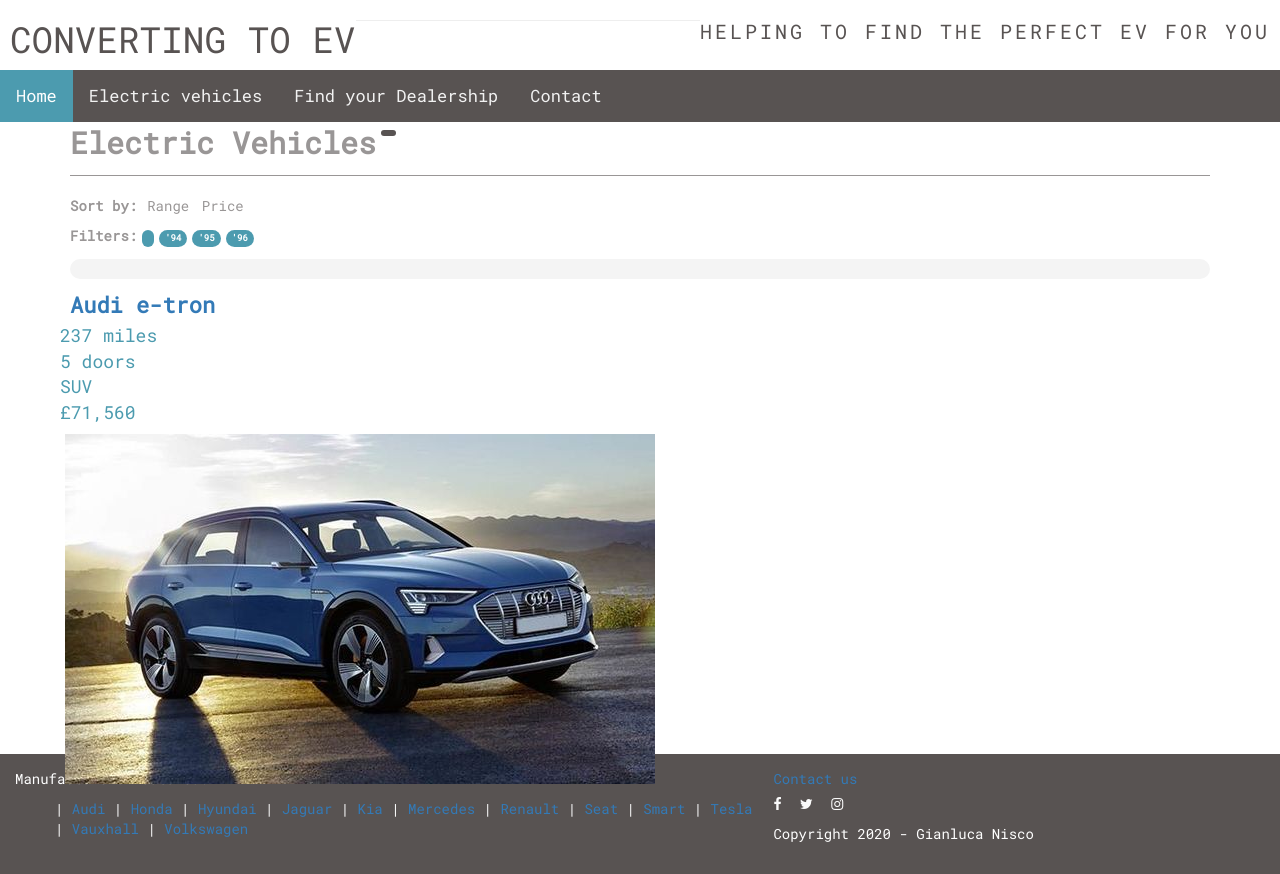
Repository: gnisco/project-2
Page: electric-vehicles.html
The author's editor kept a record of every edit. The page is drawn from the files as they stood at one moment, then again after the next edit.
The browser window is 1280 px wide. The pictures show the whole page.
Some web libraries are served in a nearby version.

Above is the page before.

After the next edit:
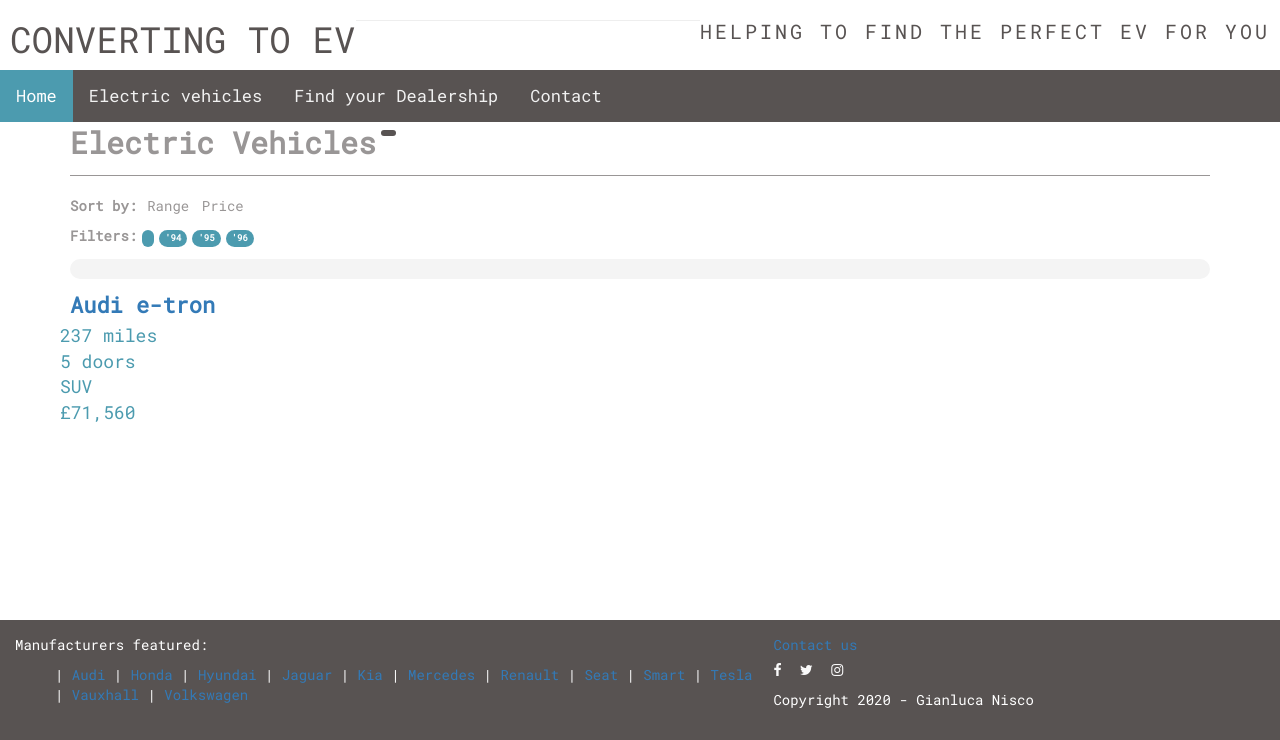
The edit:
--- a/electric-vehicles.html
+++ b/electric-vehicles.html
@@ -65,7 +65,7 @@
 
                             </div>
 
-                            <img class="car-photos" src="assets/images/car-list/Audi-e-Tron.jpg" alt="audi-e-tron">
+
                         </div>
                     </a>
                 </div>

After the edit that followed:
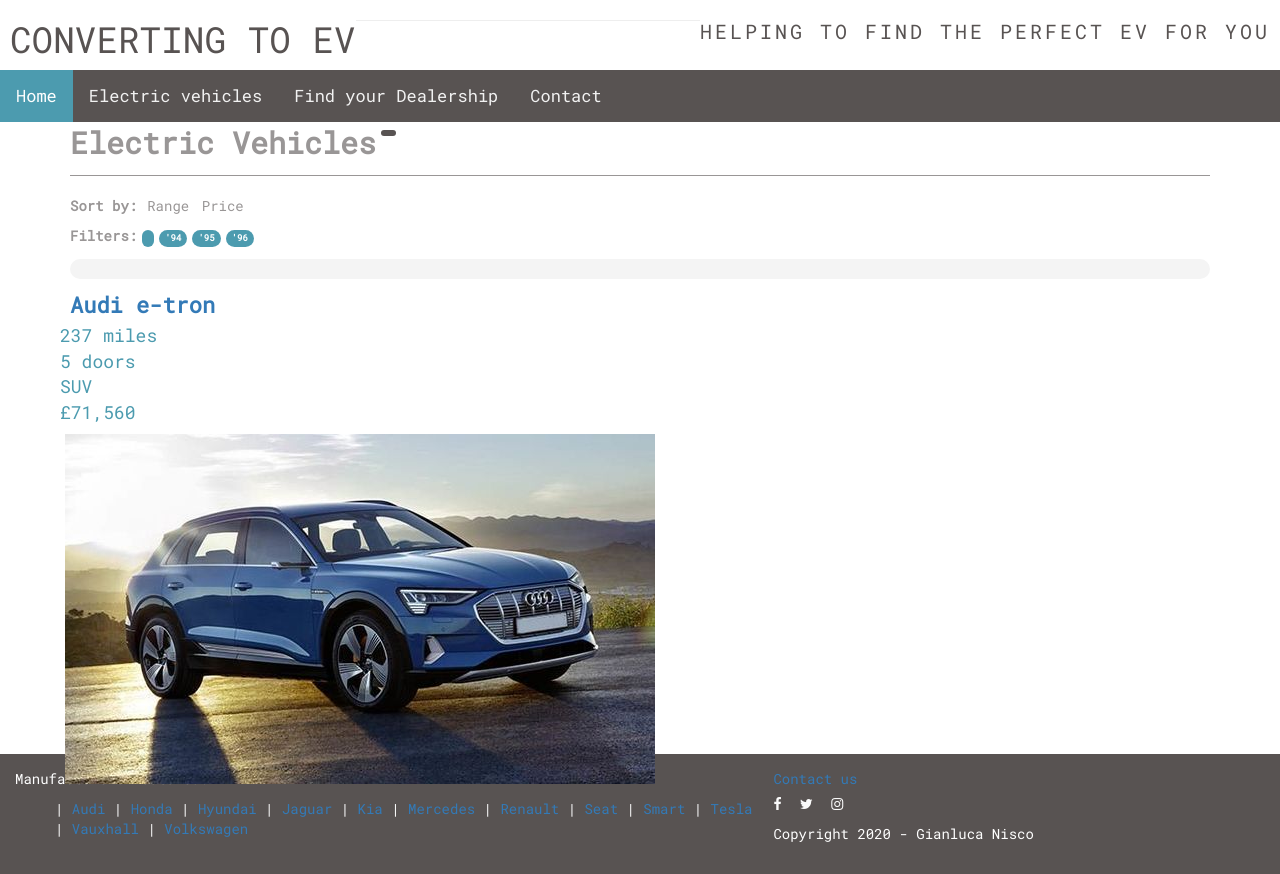
The edit:
--- a/electric-vehicles.html
+++ b/electric-vehicles.html
@@ -62,7 +62,7 @@
                                 <div class="price">£71,560</div>
                             </div>
                             <div class="col-6">
-
+                                <img class="car-photos" src="assets/images/car-list/Audi-e-Tron.jpg" alt="audi-e-tron">
                             </div>
 
 
